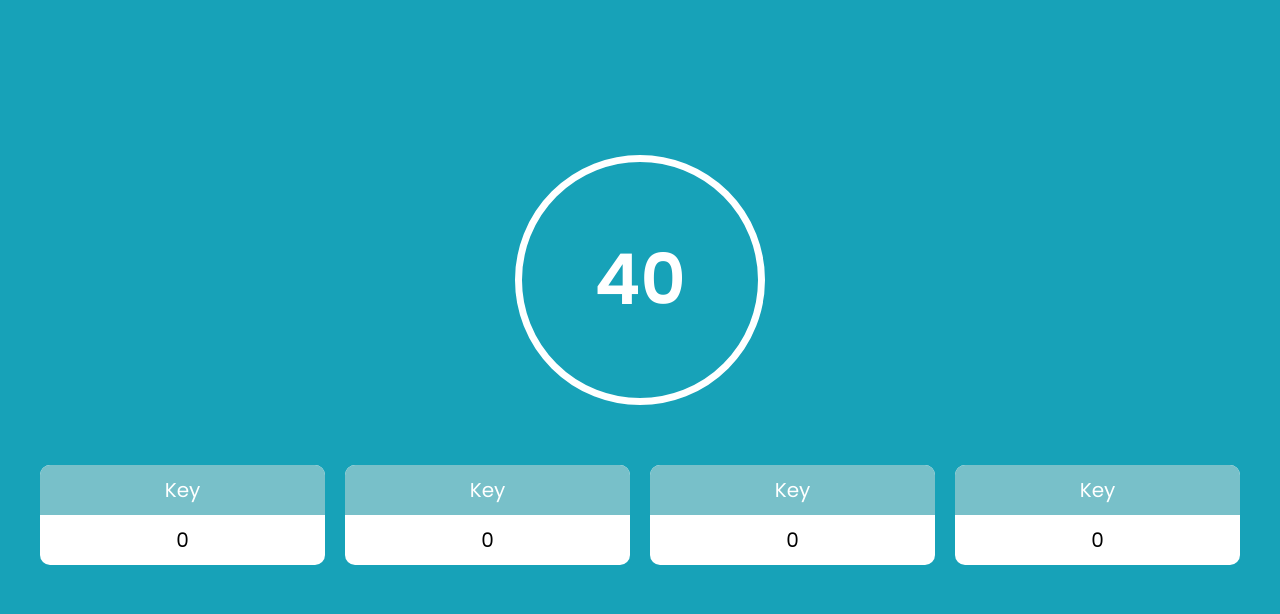
Repository: congnt98/Lean-javascript-in-project
Page: 30Days/6_Keydown/index.html
These files come from the project's save history. The page is drawn as it stood at one moment and after a run of saves; the edit follows.
The browser window is 1280 px wide. The pictures show the whole page.

Above is the page before, as saved 2024-02-22 10:30:30.

### 30Days/6_Keydown/index.html
<!DOCTYPE html>
<html lang="en">

<head>
    <meta charset="UTF-8">
    <meta name="viewport" content="width=device-width, initial-scale=1.0">
    <title>Product Card</title>
    <link rel="stylesheet" href="./style.css">
    <link href='https://unpkg.com/boxicons@2.1.4/css/boxicons.min.css' rel='stylesheet'>
    <link
        href="https://fonts.googleapis.com/css2?family=Poppins:ital,wght@0,100;0,200;0,300;0,400;0,500;0,600;0,700;0,800;0,900;1,100;1,200;1,300;1,400;1,500;1,600;1,700;1,800;1,900&display=swap"
        rel="stylesheet">
    <link rel="stylesheet" href="https://cdnjs.cloudflare.com/ajax/libs/font-awesome/6.5.1/css/all.min.css">
</head>

<body>
    <div class="warapper">
        <button class="alert hide">
            Press Any Key
        </button>
        <div class="box">
            <div class="resuft">
                40
            </div>
            <div class="detail">
                <div class="card">
                    <p class="key">Key</p>
                    <p>0</p>
                </div>
                <!-- box-card -->
                <div class="card">
                    <p class="key">Key</p>
                    <p>0</p>
                </div>
                <!-- box-card -->
                <div class="card">
                    <p class="key">Key</p>
                    <p>0</p>
                </div>
                <!-- box-card -->
                <div class="card">
                    <p class="key">Key</p>
                    <p>0</p>
                </div>
                <!-- box-card -->
            </div>

        </div>
    </div>
    <script src="./app.js"></script>
</body>

</html>

### 30Days/6_Keydown/style.css
:root {
    --pink-color: #f26a87;
}

* {
    margin: 0;
    padding: 0;
    box-sizing: border-box;
}

body {
    min-height: 100vh;
    background: #17a2b8;
    color: #fff;
    display: flex;
    justify-content: center;
    align-items: center;
    font-family: "poppins";
}

.hide {
    display: none;
}

.warapper {
    max-width: 1200px;
    margin: 0 auto;
    width: 100%;
    display: flex;
    justify-content: center;
    align-items: center;
    flex-direction: column;
}

.alert {
    font-size: 40px;
    border-radius: 12px;
    padding: 10px 20px;
    background-color: #fff;
    color: #17a2b8;
    outline: none;
    border: none;
}

.box {
    width: 100%;
}

.box .resuft {
    width: 250px;
    height: 250px;
    border: 7px solid #fff;
    border-radius: 50%;
    display: flex;
    justify-content: center;
    align-items: center;
    font-size: 70px;
    font-weight: 600;
    margin-bottom: 60px;
    margin-left: auto;
    margin-right: auto;
}

.box .detail {
    display: flex;
    flex-wrap: wrap;
    --gap: 20px;
    --colums: 4;
    margin-right: calc(-1 * var(--gap));
margin-bottom: calc(-1 * car);

}

.box .card {
    width: 300px;
    background-color: #Fff;
    border-radius: 10px;
    overflow: hidden;
    margin-right: var(--gap);
    width: calc(100% / var(--colums) - var(--gap));
}

.box .card p {
    padding: 10px;
    text-align: center;
    color: #000;
    font-size: 20px;

}

.box .card p:first-child {
    background-color: #78c0c9;
    color: #fff;
}

@media (max-width:991px) {
    .box .detail {
        --gap: 20px;
        --colums: 2;
    }
}

Loaded but not shown: 30Days/6_Keydown/app.js (no copy from this time; the picture is the same without it)

After the next 2 saves:
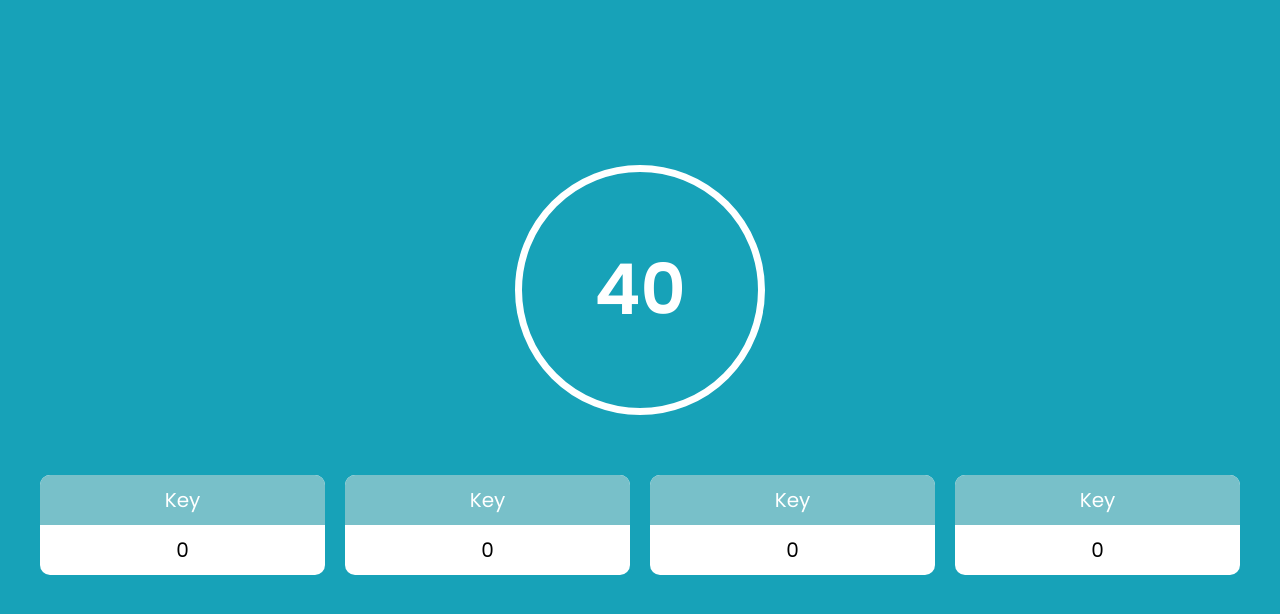
The 2 saves are shown as one change because they came seconds apart.
The last was saved 7 s later.
--- a/30Days/6_Keydown/style.css
+++ b/30Days/6_Keydown/style.css
@@ -67,7 +67,7 @@ body {
     --gap: 20px;
     --colums: 4;
     margin-right: calc(-1 * var(--gap));
-margin-bottom: calc(-1 * car);
+    margin-bottom: calc(-1 * var(--gap));
 
 }
 

After the 4 saves that followed:
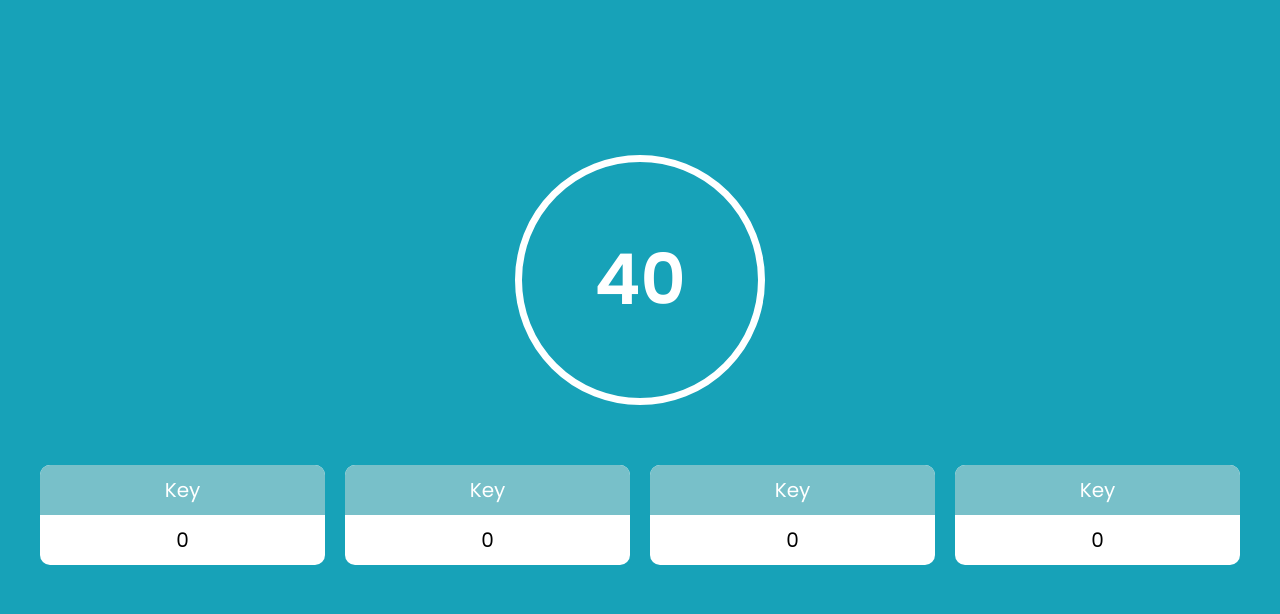
The 4 saves are shown as one change because 1 left the picture as it was and some came seconds apart.
The last was saved 12 s later.
--- a/30Days/6_Keydown/style.css
+++ b/30Days/6_Keydown/style.css
@@ -77,6 +77,8 @@ margin-bottom: calc(-1 * car);
     border-radius: 10px;
     overflow: hidden;
     margin-right: var(--gap);
+    margin-bottom: var(--gap);
+
     width: calc(100% / var(--colums) - var(--gap));
 }
 
